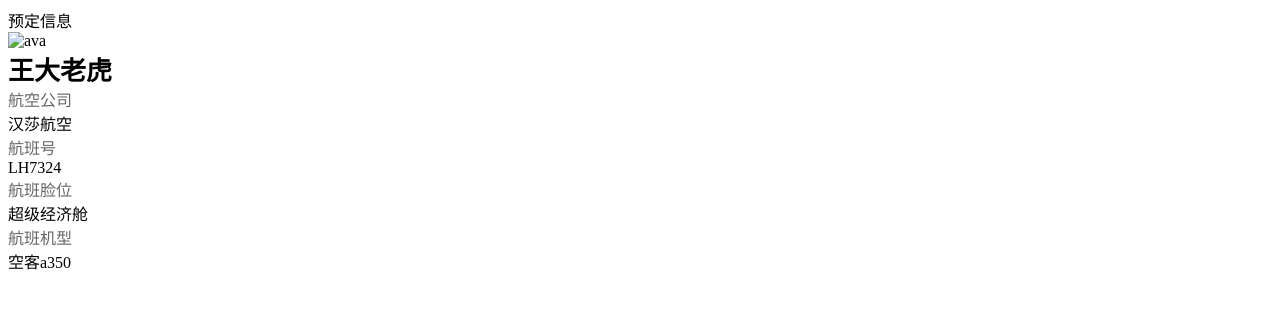
Repository: xzm1997/react-learning
Page: /
The author's editor kept a copy of each file at every save. The page is drawn from the files as they stood at one save, then again after the next save.
The browser window is 1280 px wide. The pictures show the whole page.
The project was rebuilt for these pictures with package versions that can differ from the ones it lists, and the page was loaded fresh each time.

Above is the page before, as saved 2023-01-31 09:25:51.

### src/index.js
import React from 'react';
import ReactDOM from 'react-dom/client';
import './index.css';

export function UserInfo(props) {
  return (
    <div>
      <img src='' alt='ava'></img>
      <div className='userName'>{props.userName}</div>
    </div>
  )
}

export function InfoShow(props) {
  return (
    <div>
      <div className='bookTitle'>{props.title}</div>
      <div className='bookContent'>{props.content}</div>
    </div>
  )
}

export function BookInfo(props) {
  return (
    <div>
      <div>预定信息</div>
      <UserInfo userName={props.userName} />
      <div>
        <InfoShow title='航空公司' content={props.ticketInfo.airline}/>
        <InfoShow title='航班号' content={props.ticketInfo.flightNum}/>
        <InfoShow title='航班脸位' content={props.ticketInfo.level}/>
        <InfoShow title='航班机型' content={props.ticketInfo.plane}/>
      </div>
    </div>
    )
}

export function Root() {
  const userName = '王大老虎';
  const ticketInfo = {
    airline : '汉莎航空',
    flightNum : 'LH7324',
    level : '超级经济舱',
    plane : '空客a350'
  }
  return (
    <div>
      <BookInfo
        userName={userName}
        ticketInfo={ticketInfo}
      />
    </div>
  )
}

// ========================================

const root = ReactDOM.createRoot(document.getElementById("root"));
root.render(<Root />);

### src/index.css
.helloWorld {
  color: #2dd;
  font-size: 24px;
}

.userName {
  font-weight: 700;
  font-size: 26px;
}

.bookTitle {
  color: #666
}

Loaded but not shown: public/index.html (common file)

After the next save:
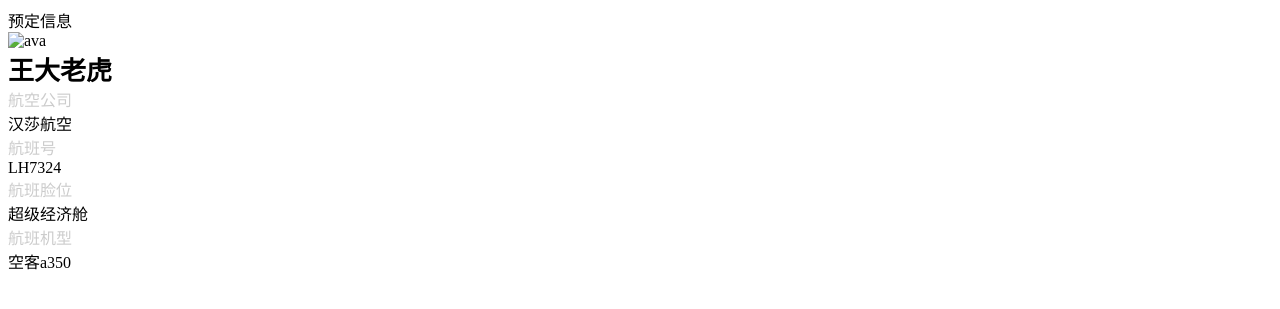
Saved 5 s later.
--- a/src/index.css
+++ b/src/index.css
@@ -9,5 +9,5 @@
 }
 
 .bookTitle {
-  color: #666
+  color: #ccc
 }
